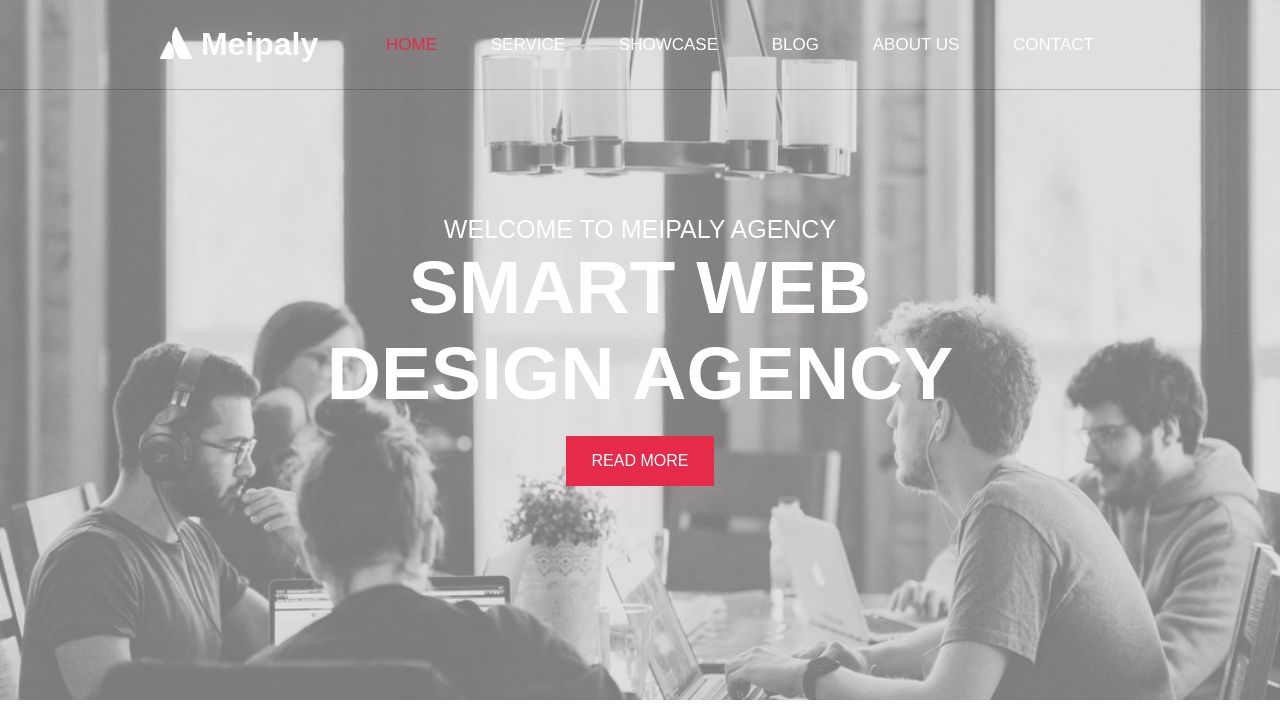
Repository: tudo1611/BC44_HTML5-CSS3_B6_MAIPALY_DO-TRUNG-TU
Page: index.html
The author's editor kept a copy of each file at every save. The page is drawn from the files as they stood at one save, then again after the next save.
The browser window is 1280 px wide. The pictures show the whole page.

Above is the page before, as saved 2023-01-15 15:05:13.

### index.html
<!DOCTYPE html>
<html lang="en">
  <head>
    <meta charset="UTF-8" />
    <meta http-equiv="X-UA-Compatible" content="IE=edge" />
    <meta name="viewport" content="width=device-width, initial-scale=1.0" />
    <title>Document</title>
    <link
      rel="stylesheet"
      href="https://cdnjs.cloudflare.com/ajax/libs/font-awesome/6.2.1/css/all.min.css"
    />
    <link rel="stylesheet" href="./css/style.css" />
  </head>
  <body>
    <header>
      <div class="header__content">
        <div class="header__logo">
          <i class="fab fa-atlassian"></i>
          <span>Meipaly</span>
        </div>
        <nav>
          <ul>
            <li class="active"><a href="#">Home</a></li>
            <li><a href="#">Service</a></li>
            <li><a href="#">Showcase</a></li>
            <li><a href="#">Blog</a></li>
            <li><a href="#">About us</a></li>
            <li><a href="#">Contact</a></li>
          </ul>
        </nav>
      </div>
    </header>
    <section class="banner"></section>
    <section class="carousel">
      <div class="carousel__content">
        <p>WELCOME TO MEIPALY AGENCY</p>
        <h1>
          SMART WEB <br />
          DESIGN AGENCY
        </h1>
        <button>READ MORE</button>
      </div>
      <div class="carousel__scroll"></div>
    </section>
    <section class="blogs"></section>
    <section class="number"></section>
    <section class="experience"></section>
    <section class="contact"></section>
  </body>
</html>

### css/style.css
* {
  margin: 0;
  padding: 0;
  box-sizing: border-box;
}
html,
body {
  font-family: "Oswald", sans-serif;
  font-size: 62.5%;
}
/* header  */
header {
  background-color: transparent;
  border-bottom: 1px solid rgba(0, 0, 0, 0.2);
  position: absolute;
  z-index: 10;
  width: 100%;
}
.header__content {
  width: 75%;
  margin: 0 auto;
  color: #fff;
  display: flex;
  justify-content: space-between;
  align-items: center;
  padding: 2.6rem 0;
}
.header__content ul {
  list-style: none;
}
.header__logo {
  font-size: 3.2rem;
  font-weight: 700;
  /* color: #fff; */
}
.header__content li {
  display: inline-block;
  padding: 0 2.6rem;
}
.header__content li.active a {
  color: #e62b4a;
}
.header__content li a {
  font-size: 1.7rem;
  color: #fff;
  text-transform: uppercase;
  text-decoration: none;
}
/* carousel  */
.carousel {
    background-image: url(../img/home_slider.jpg);
    background-size: cover;
    background-position: center;
    height: 70rem;
    display: flex;
    justify-content: center;
    align-items: center;
}
.carousel__content{
    color: #fff;
    text-align: center;
}
.carousel__content p{
    font-size: 2.5rem;
}
.carousel__content h1{
    font-size: 7.5rem;
}
.carousel__content button {
    font-size: 1.6rem;
    margin-top: 2rem;
    padding: 1.5rem 2.5rem;
    background-color: #e62b4a;
    color: white;
    border: 1px solid #e62b4a;
    cursor: pointer;
    transition: all 0.5s;
}
.carousel__content button:hover {
    background-color: #af2239;
}

After the next save:
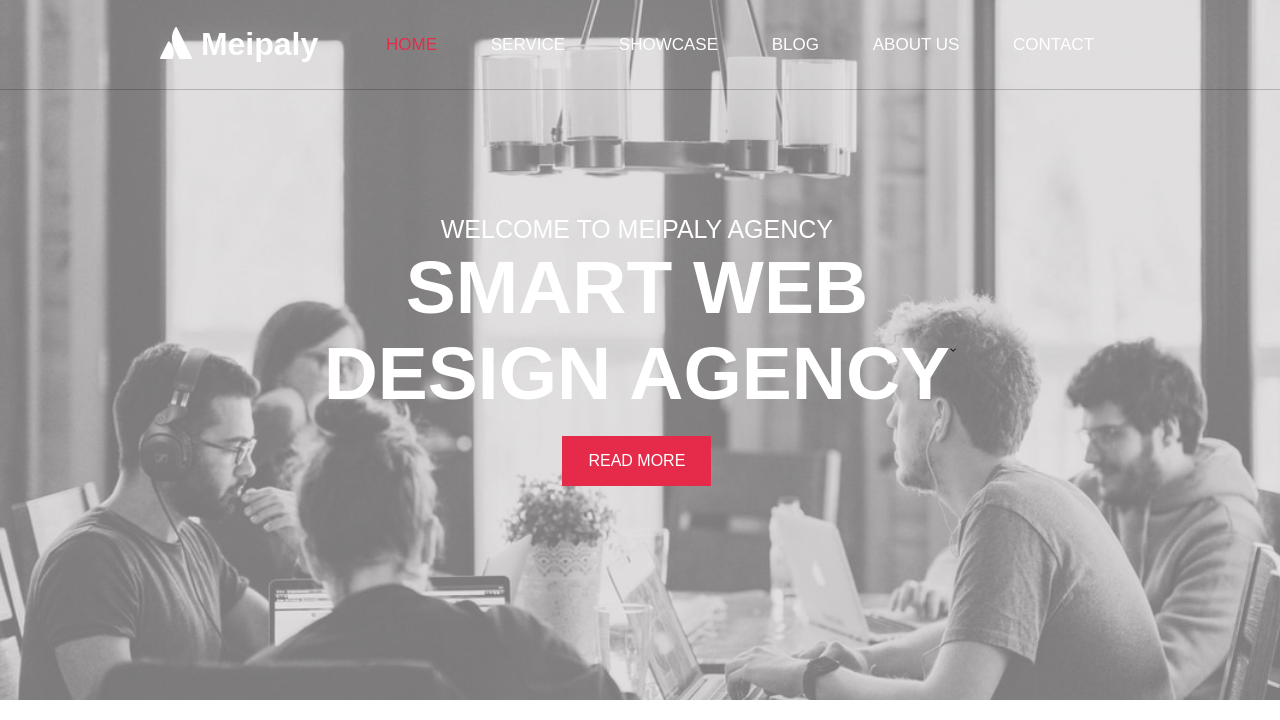
Saved 2 min 15 s later.
--- a/index.html
+++ b/index.html
@@ -40,7 +40,9 @@
         </h1>
         <button>READ MORE</button>
       </div>
-      <div class="carousel__scroll"></div>
+      <div class="carousel__scroll">
+        <i class="fa fa-chevron-down"></i>
+      </div>
     </section>
     <section class="blogs"></section>
     <section class="number"></section>
